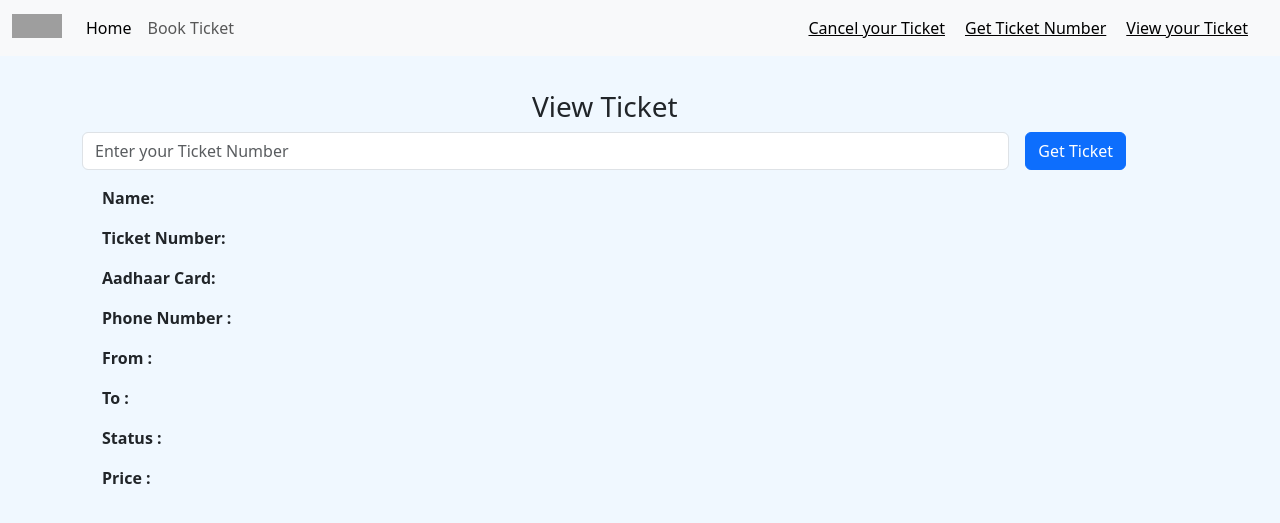
Repository: MayankSardana/Book-My-Ticket
Page: http://localhost/Ticket
An editor plug-in stored every save of this project. The page is shown before and after the next save, followed by the edit.
The browser window is 1280 px wide. The pictures show the whole page.
Pictures or frames that could not be fetched are drawn as grey boxes. The page is this project's Thymeleaf template; nobody is signed in. The template is opened directly, without the code that normally fills it, so the values that code supplies are empty.

Above is the page before, as saved 2024-07-03 15:16:54.

After the next save:
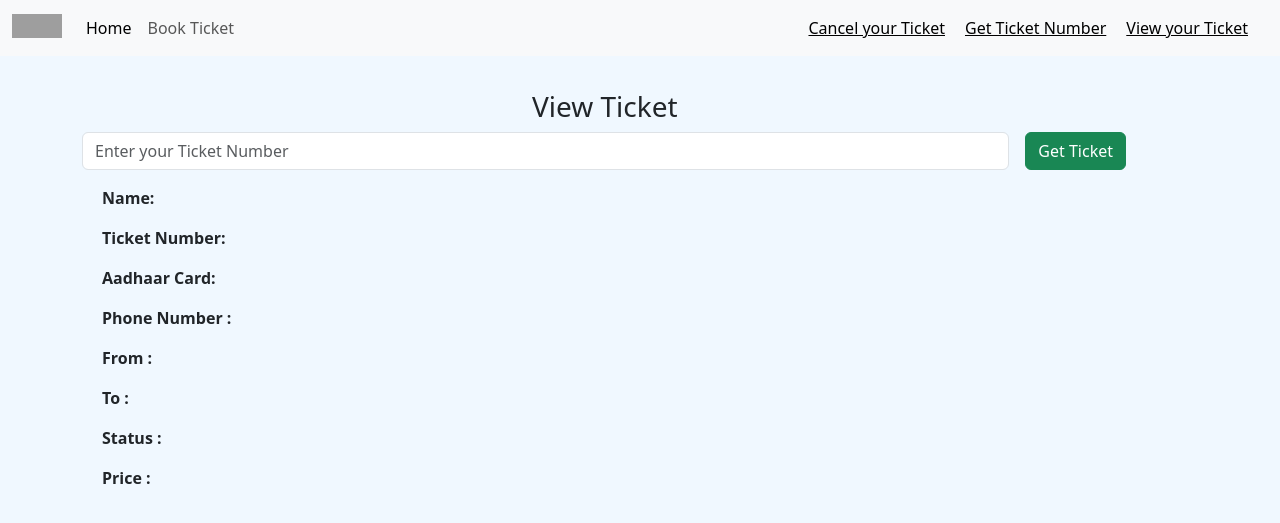
Saved 26 s later.
--- a/BookMyTicket/src/main/resources/templates/Ticket.html
+++ b/BookMyTicket/src/main/resources/templates/Ticket.html
@@ -94,7 +94,7 @@
                 <input type="text" th:field="*{ticketnumber}" class="form-control"  placeholder="Enter your Ticket Number"/>
               </div>
             <div class="col-auto">
-              <button type="submit" class="btn btn-primary mb-3">Get Ticket</button>
+              <button type="submit" class="btn btn-success mb-3">Get Ticket</button>
             </div>
           </form>
 
